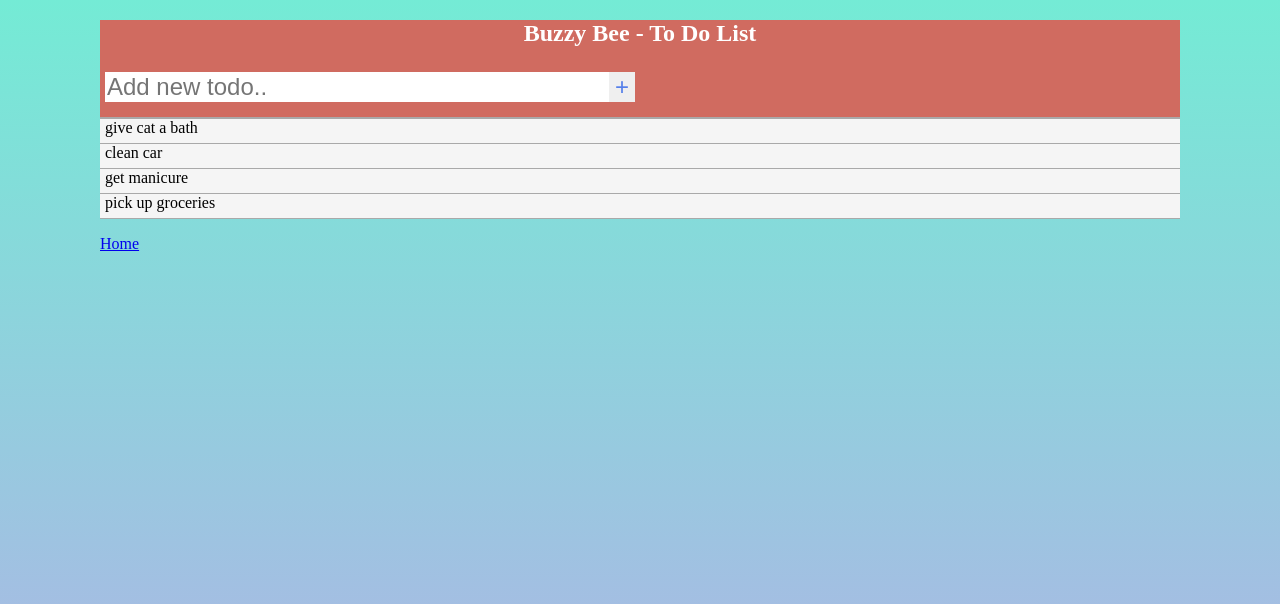
Repository: seleniadelgado/backend-spring2020-angie
Page: projects/todo/public_html/index.html
These files come from the project's save history. The page is drawn as it stood at one moment and after the next save; the edit follows.
The browser window is 1280 px wide. The pictures show the whole page.
The page's requests for data from a server got no answer.

Above is the page before, as saved 2020-05-12 20:38:27.

### projects/todo/public_html/index.html
<!DOCTYPE html>

<html lang="en">
    <head>
        <meta charset="utf-8">
        <title>Buzzy Bee - To Do List</title>
        <meta name="description" content="The HTML5 Herald">
        <meta name="author" content="SitePoint">
        <link rel="stylesheet" href="styles.css">
        <script
            src="https://code.jquery.com/jquery-3.5.0.min.js"
            integrity="sha256-xNzN2a4ltkB44Mc/Jz3pT4iU1cmeR0FkXs4pru/JxaQ="
            crossorigin="anonymous">
        </script>
</head>
<body>
    <div class="sectionTitle">
        <div class="appTitle">
            <h2>Buzzy Bee - To Do List</h2>
        </div>
        <div id="addNote">
            <input type="text" id="newNote" placeholder="Add new todo..">
            <button class="addBtn">+</button>
        </div>
    </div>

    <ul id="myList">
        <li>give cat a bath</li>
        <li>clean car</li>
        <li>get manicure</li>
        <li>pick up groceries</li>
    </ul>





















    <a href="http://localhost:3000/">Home</a>



    <script>
        $(document).ready(() => {
            let objectToSend = {
                note: "Do somethings",
                author: "Nick"
            }

            $.post("http://localhost:3000/newNote", objectToSend, (dataToGet) => {
                console.log(dataToGet);
            });
            $.post("http://localhost:3000/readNotes", {}, (dataToGet) => {
                let allNotesArray = dataToGet.notes;

                console.log(allNotesArray);
            })
        })

        //import the data from default user
        // make JSON into JS with parse.
        //with the list we want to populate our ul.
        //use jquery to access the dom, grab the string
        //loop over notes
        //add the note as an li to the ul
        //  Create li with jquery.
        //  target the ul with jquery and append the li.
        //note: $('<li></li>'')
        //      $('ul') -> a jquery list which holds the ul.
        //      get 1st element from the array

    </script>
</body>
</html>

### projects/todo/public_html/styles.css
html {
    background: linear-gradient(#74ebd5, #ACB6E5);
    height: 100%;
}
* {
    box-sizing: border-box;
}
body {
    margin: 0px 100px 75px 100px;
}

.sectionTitle {
    background-color: rgb(208, 107, 96);
    text-align: center;
    border-bottom: 2px solid darkgray;
}

.appTitle {
    color: white;
    margin-top: 10px;
}
#addNote {
    display: flex;
    align-items: flex-start;
    padding: 5px;
    height: 30px;
    width: 50%;
    margin-bottom: 20px;
    font-family: 'Gill Sans', 'Gill Sans MT', Calibri, 'Trebuchet MS', sans-serif;
}
.addBtn {
    margin-left: 0%;
    font-size: 24px;
    color:  #5680e9;
    border: none;
}
#newNote {
    border: none;
    width: 100%;
    height: 150%;
    font-size: 24px;
}
#myList {
    list-style: none;
    padding: 0px;
    margin-top: 0px;
}
#myList li {
    height: 25px;
    border-bottom: 1px solid darkgray;
    background-color: whitesmoke;
    padding-left: 5px;
}

After the next save:
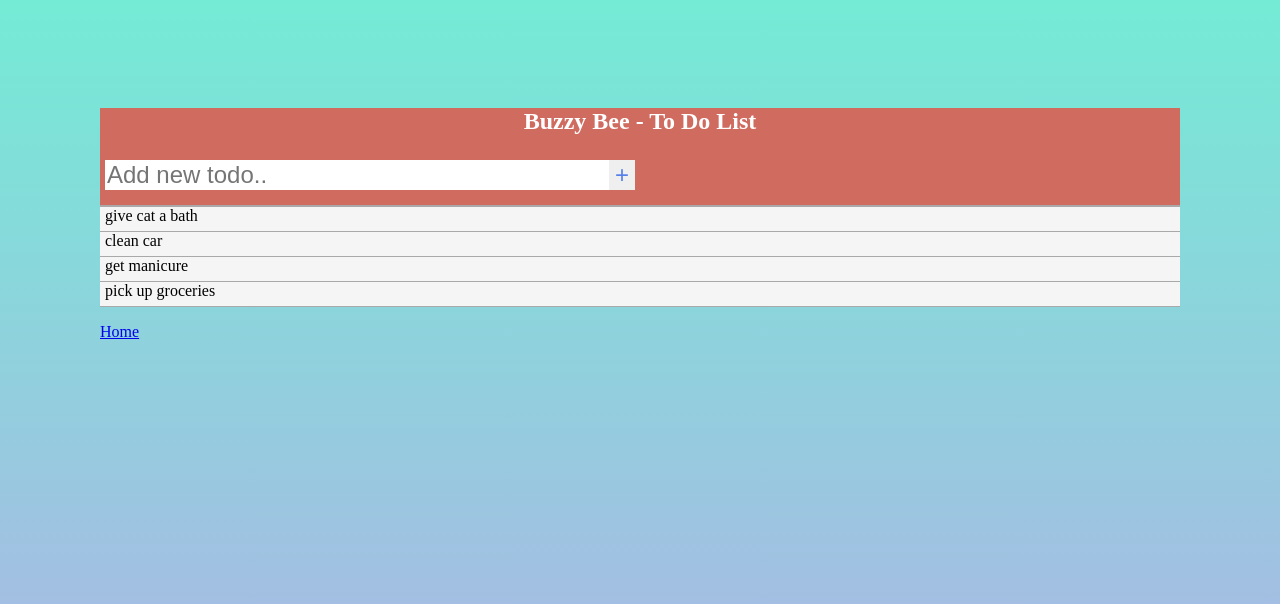
Saved 18 s later.
--- a/projects/todo/public_html/styles.css
+++ b/projects/todo/public_html/styles.css
@@ -17,7 +17,7 @@ body {
 
 .appTitle {
     color: white;
-    margin-top: 10px;
+    margin-top: 10%;
 }
 #addNote {
     display: flex;

After the save that followed:
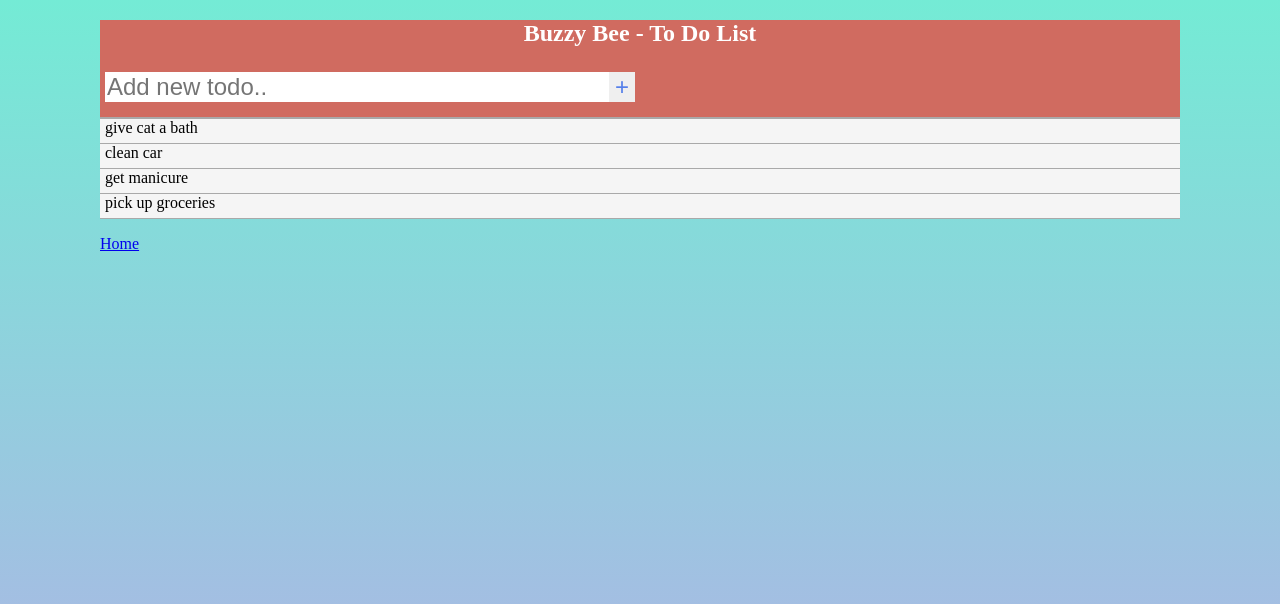
Saved 25 s later.
--- a/projects/todo/public_html/styles.css
+++ b/projects/todo/public_html/styles.css
@@ -16,8 +16,8 @@ body {
 }
 
 .appTitle {
+    margin-top: 10px;
     color: white;
-    margin-top: 10%;
 }
 #addNote {
     display: flex;
